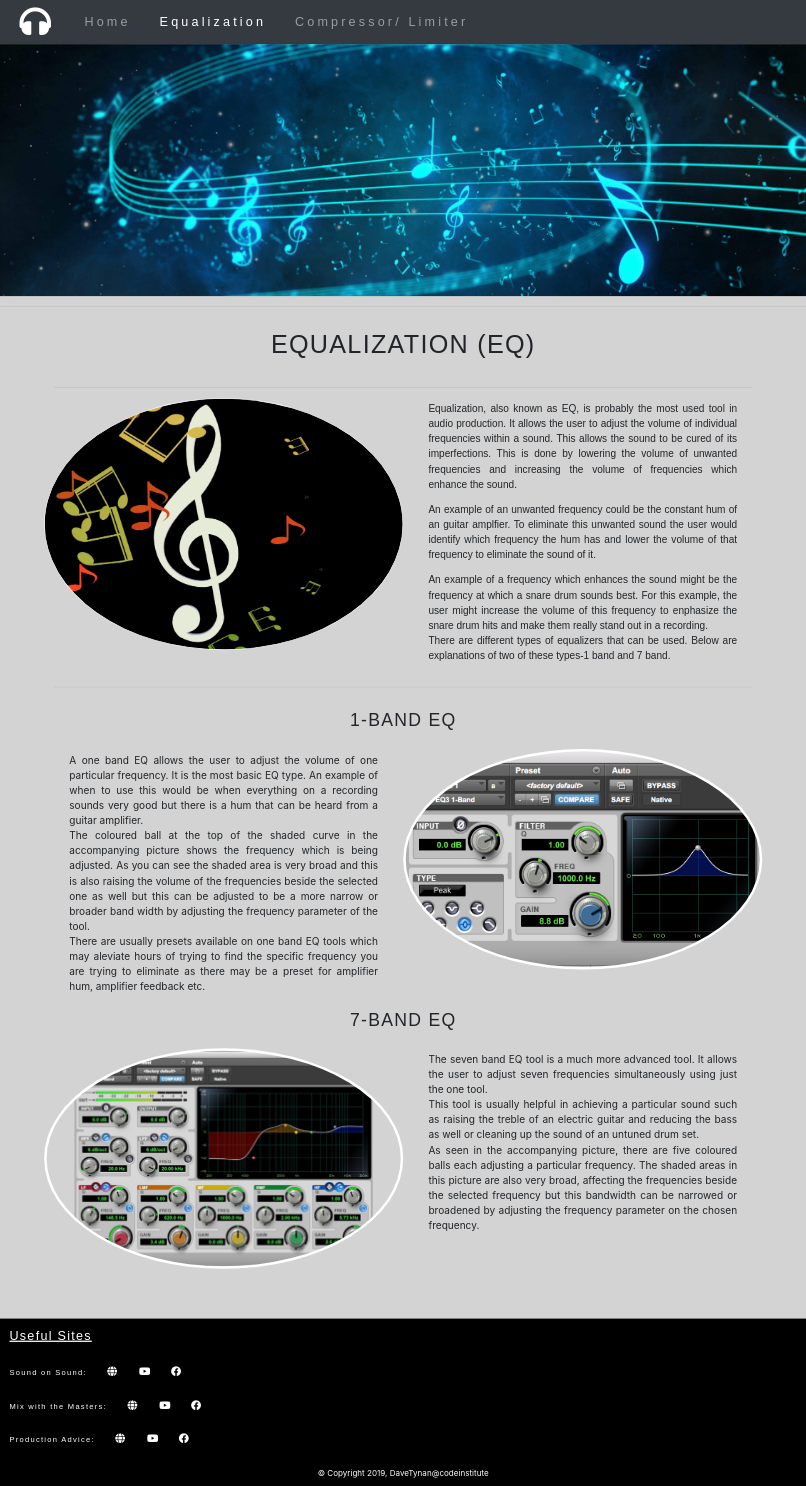
Repository: djjtyn/CIMilestoneProject1
Page: eq.html
The author's editor kept a record of every edit. The page is drawn from the files as they stood at one moment, then again after the next edit.
The browser window is 1280 px wide. The pictures show the whole page, at 63% of full size.
Some web libraries are served in a nearby version.

Above is the page before.
Console error (its wording comes from the project's code and is left out).

After the next edit:
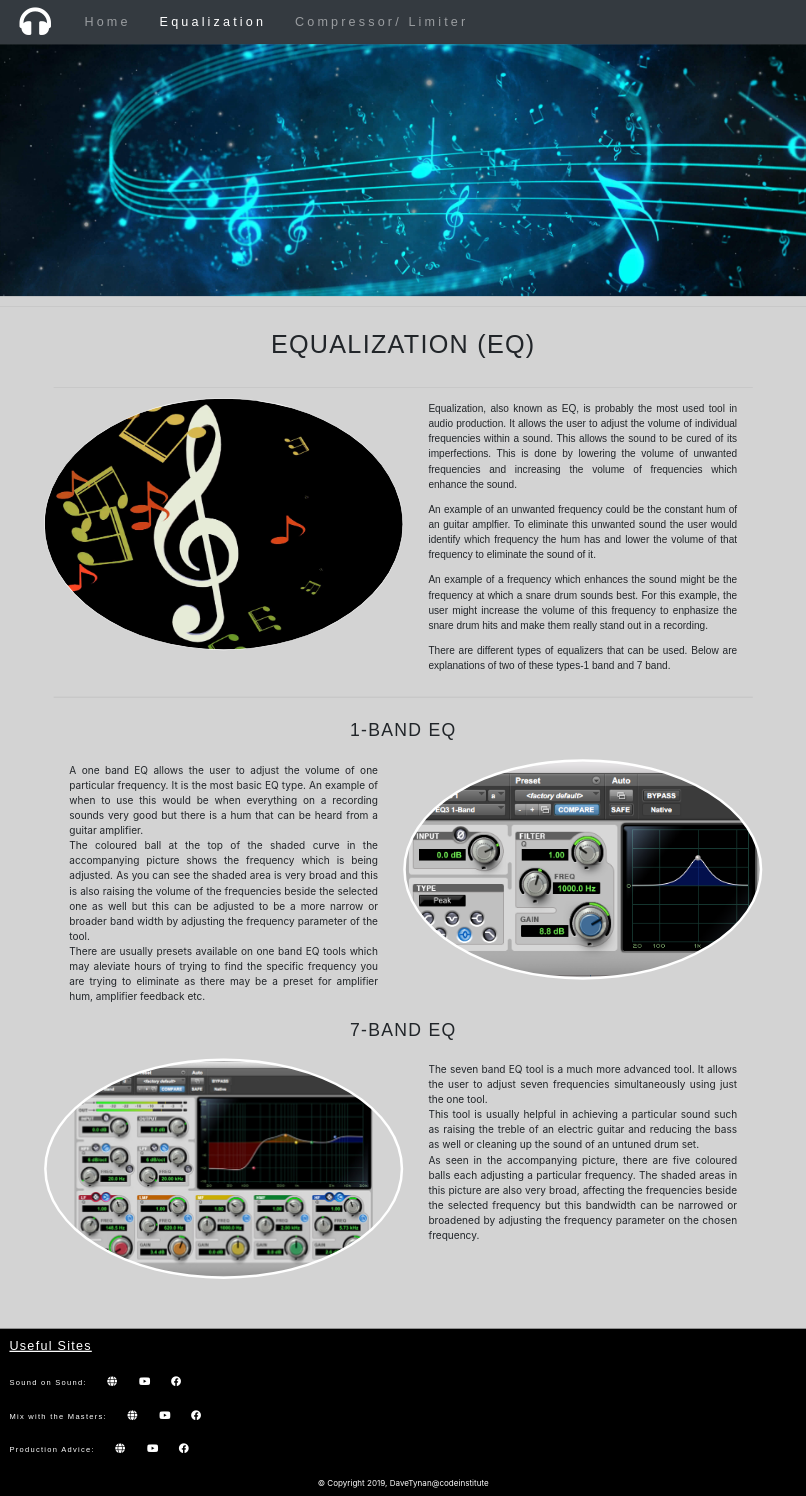
The edit:
--- a/eq.html
+++ b/eq.html
@@ -51,8 +51,8 @@
             volume of unwanted frequencies and increasing the volume of frequencies which enhance the sound.</p>
           <p>An example of an unwanted frequency could be the constant hum of an guitar amplfier. To eliminate this unwanted sound the user would identify which frequency the
             hum has and lower the volume of that frequency to eliminate the sound of it.</p>
-            <p>An example of a frequency which enhances the sound might be the frequency at which a snare drum sounds best. For this example, the user might increase the volume of this frequency to enphasize the snare drum hits and make them really stand out in a recording.<br>
-            There are different types of equalizers that can be used. Below are explanations of two of these types-1 band and 7 band.</p>
+          <p>An example of a frequency which enhances the sound might be the frequency at which a snare drum sounds best. For this example, the user might increase the volume of this frequency to enphasize the snare drum hits and make them really stand out in a recording.</p>
+          <p>There are different types of equalizers that can be used. Below are explanations of two of these types-1 band and 7 band.</p>
         </div>
       </div>
       <hr>
